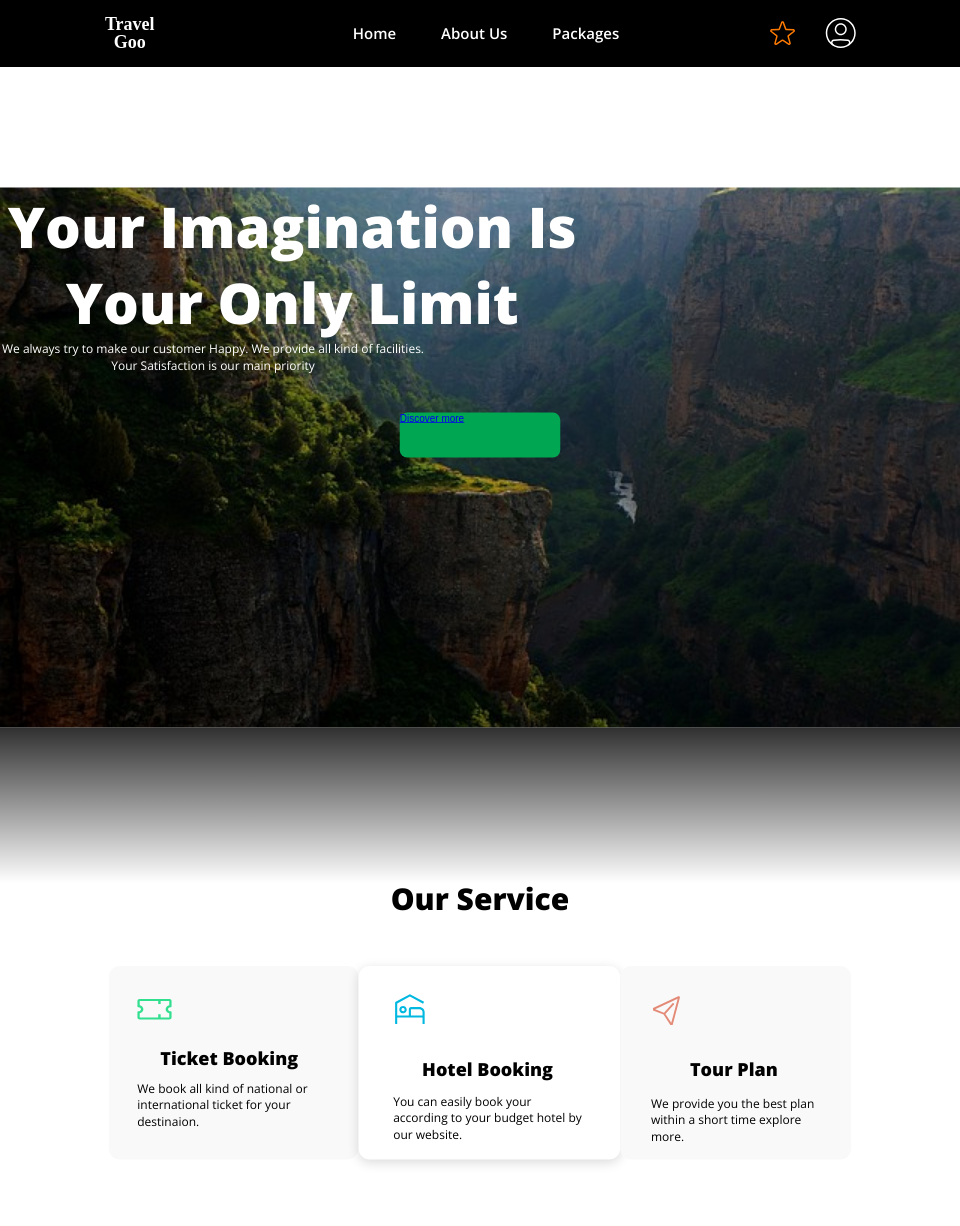
Repository: simralgasimov/back-project
Page: index.html
These files come from the project's save history. The page is drawn as it stood at one moment and after the next save; the edit follows.
The browser window is 1280 px wide. The pictures show the whole page, at 75% of full size.
Some web fonts or font styles are not loaded; a fallback is used.

Above is the page before, as saved 2023-09-27 13:32:21.

### index.html
<!DOCTYPE html>
<html lang="en">
  <head>
    <meta charset="UTF-8" />
    <meta name="viewport" content="width=device-width, initial-scale=1.0" />
    <title>Document</title>
    <link rel="stylesheet" href="./index.css" />
  </head>
  <body>
    <div class="container">
      <div class="navbar">
        <div class="logo">
          Travel
          <div>Goo</div>
        </div>
        <div class="menu">
          <ul>
            <li>Home</li>
            <li>About Us</li>
            <li>Packages</li>
          </ul>
        </div>
        <div class="icon">
            <img src="./clarity_favorite-line.svg" alt="" />
            <img src="./healthicons_ui-user-profile-outline.svg" alt="" />
        </div>
      </div>
      <div class="container-1">
        <!-- <div class="box">
          <h1>Your Imagination Is Your Only Limit</h1>
        </div>

        <div class="text-box">
          <p>
            We always try to make our customer Happy. We provide all kind of
            facilities. Your Satisfaction is our main priority
          </p>
        </div>

        <div class="button"><a href="#">Discover more</a></div> -->

        <h1>Your Imagination Is Your Only Limit</h1>
        <p>
          We always try to make our customer Happy. We provide all kind of
          facilities. Your Satisfaction is our main priority
        </p>
        <button>
          <a href="#">Discover more</a>        </button>
      </div>
    </div>

    <div class="container-2">
      <h2>Our Service</h2>
      <div class="services">
        <div class="ticket">
          <img src="./Vector.svg" alt="" />
          <h1>Ticket Booking</h1>
          <p>
            We book all kind of national or international ticket for your
            destinaion.
          </p>
        </div>
        <div class="hotel">
          <img src="./carbon_hotel.svg" alt="" />
          <h1>Hotel Booking</h1>
          <p>
            You can easily book your according to your budget hotel by our
            website.
          </p>
        </div>
        <div class="tour">
          <img src="./cil_paper-plane.svg" alt="" />
          <h1>Tour Plan</h1>
          <p>We provide you the best plan within a short time explore more.</p>
        </div>
      </div>
    </div>
  </body>
</html>

### index.css
@import url("https://fonts.googleapis.com/css2?family=Laila:wght@400;600;700&family=Open+Sans:wght@400;600;800&display=swap");
* {
  padding: 0;
  margin: 0;
  box-sizing: border-box;
}

.container {
  /* position: relative;
  z-index: 0; */
  /* padding: 32px 145px 63px 100px; */
  min-height: 100vh;
  width: auto;
  background-image: url("./canyon-1740973_640.jpg");
  background-repeat: no-repeat;
  background-size: 100% 100%;
}

.container .navbar {
  width: 100%;
  padding: 20px 135px;
  display: flex;
  justify-content: space-between;
  align-items: center;
  /* margin: auto; */
  position: fixed;
  top: 0;
  background-color: black;
}

.container .navbar .logo {
  width: 76px;
  color: #fff;
  text-align: center;
  font-family: Laila;
  font-size: 24px;
  font-style: normal;
  font-weight: 700;
  line-height: 102.5%; /* 24.6px */
}

.container .navbar .menu ul {
  list-style-type: none;
  display: flex;
}

.container .navbar .menu ul li {
  color: #fff;
  font-family: Open Sans;
  font-size: 20px;
  font-style: normal;
  font-weight: 600;
  line-height: normal;
  justify-content: space-between;
  margin-left: 60px;
}

.container .navbar .icon {
  display: flex;
  justify-content: space-between;
  align-items: center;
}

.container .navbar .icon img:first-child {
  margin-right: 36px;
  width: 36px;
  height: 36px;
}
.container .navbar .icon img:last-child {
  width: 48px;
  height: 48px;
}

.container .box {
  display: flex;
  justify-content: center;
  text-align: center;
}
.container .container-1 h1 {
  width: 779px;
  color: #fff;
  text-align: center;
  font-family: Open Sans;
  font-size: 75px;
  font-style: normal;
  font-weight: 800;
  line-height: normal;
  margin-top: 250px;
}

.container .text-box {
  margin-top: 57px;
  display: flex;
  justify-content: center;
  text-align: center;
}
.container .container-1  p {
  width: 568px;
  color: #fff;
  text-align: center;
  font-family: Open Sans;
  font-size: 16px;
  font-style: normal;
  font-weight: 400;
  line-height: normal;
}

.container .container-1  button {
  border: none;
  width: 214px;
  height: 60px;
  border-radius: 10px;
  background: #00a651;
  display: flex;
  margin: auto;
  margin-top: 52px;
}

.container .button a {
  /* display: flex;
    justify-content: center;
    text-align: center;
    align-items: center; */
  margin: auto;
  text-decoration: none;
  color: #fff;
  text-align: center;
  font-family: Open Sans;
  font-size: 24px;
  font-style: normal;
  font-weight: 600;
  line-height: normal;
}

.container-2 {
  padding: 200px 145px 88px 145px;
  background: linear-gradient(
    180deg,
    rgba(0, 0, 0, 0.81) 0%,
    rgba(72, 72, 72, 0) 31.25%,
    rgba(158, 158, 158, 0) 77.6%,
    #fff 85.42%
  );
}

.container-2 h2 {
  margin-bottom: 63px;
  /* display: flex;
        text-align: center;
        justify-content: center; */
  color: #000;
  text-align: center;
  font-family: Open Sans;
  font-size: 40px;
  font-style: normal;
  font-weight: 700;
  line-height: normal;
}

.container-2 .services {
  display: flex;
  /* margin: auto; */
  justify-content: space-between;
}

.container-2 .services .ticket {
  padding: 44px 50px 20px 38px;
  /* width: 416px;
height: 232px; */
  border-radius: 15px;
  background: #f9f9f9;
}

.container-2 .services .ticket h1 {
  margin-top: 30px;
  margin-bottom: 13px;
  color: #000;
  text-align: center;
  font-family: Open Sans;
  font-size: 24px;
  font-style: normal;
  font-weight: 700;
  line-height: normal;
}

.container-2 .services .ticket p {
  color: #000;
  font-family: Open Sans;
  font-size: 16px;
  font-style: normal;
  font-weight: 400;
  line-height: normal;
}

.container-2 .services .hotel {
  padding: 35px 51px 20px 46px;
  border-radius: 15px;
  background: #fff;
  box-shadow: 0px 4px 16px 0px rgba(0, 0, 0, 0.15);
}

.container-2 .services .hotel h1 {
  margin-top: 36px;
  margin-bottom: 16px;
  color: #000;
  text-align: center;
  font-family: Open Sans;
  font-size: 24px;
  font-style: normal;
  font-weight: 700;
  line-height: normal;
}

.container-2 .services .hotel p {
  color: #000;
  font-family: Open Sans;
  font-size: 16px;
  font-style: normal;
  font-weight: 400;
  line-height: normal;
}

.container-2 .services .tour {
  padding: 39px 46px 20px 41px;
  border-radius: 15px;
  background: #f9f9f9;
}

.container-2 .services .tour h1 {
  margin-top: 36px;
  margin-bottom: 19px;
  color: #000;
  text-align: center;
  font-family: Open Sans;
  font-size: 24px;
  font-style: normal;
  font-weight: 700;
  line-height: normal;
}
.container-2 .services .tour p {
  color: #000;
  font-family: Open Sans;
  font-size: 16px;
  font-style: normal;
  font-weight: 400;
  line-height: normal;
}

After the next save:
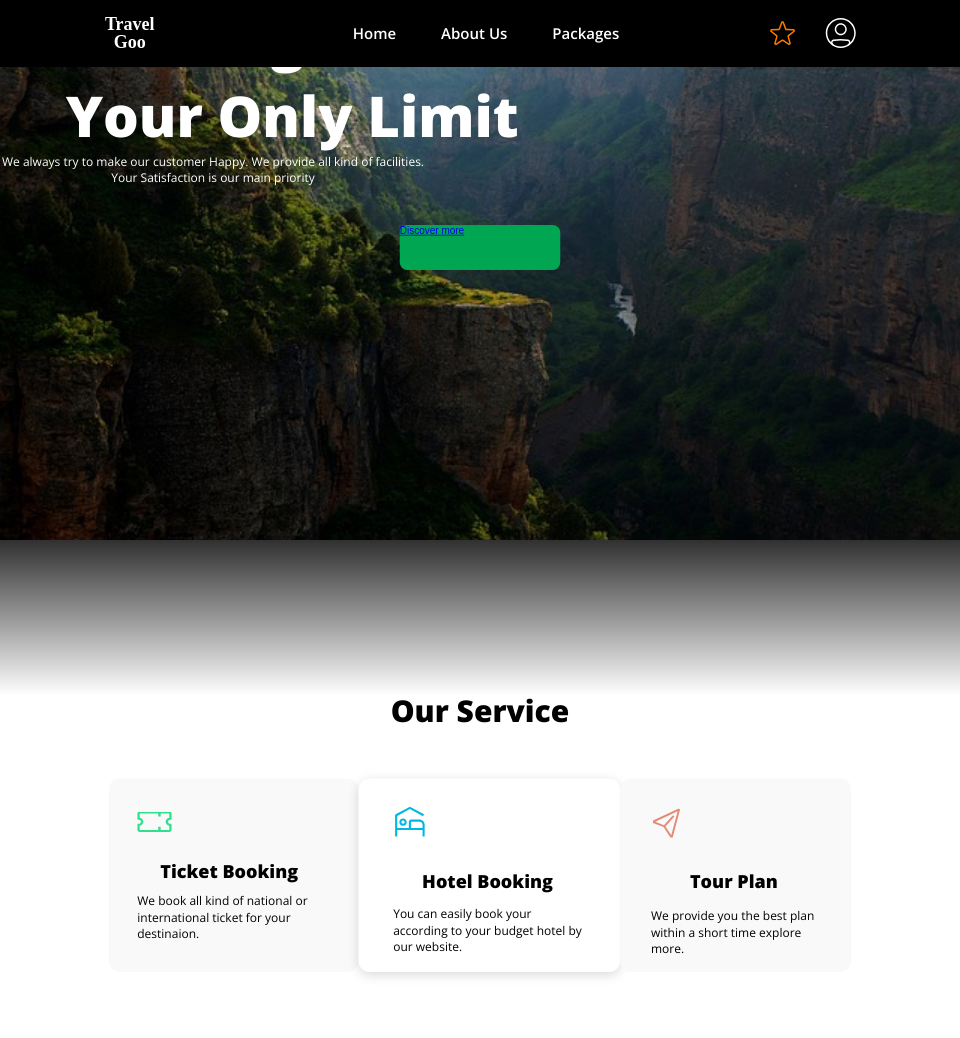
Saved 18 s later.
--- a/index.css
+++ b/index.css
@@ -85,7 +85,7 @@
   font-style: normal;
   font-weight: 800;
   line-height: normal;
-  margin-top: 250px;
+  /* margin-top: 250px; */
 }
 
 .container .text-box {
